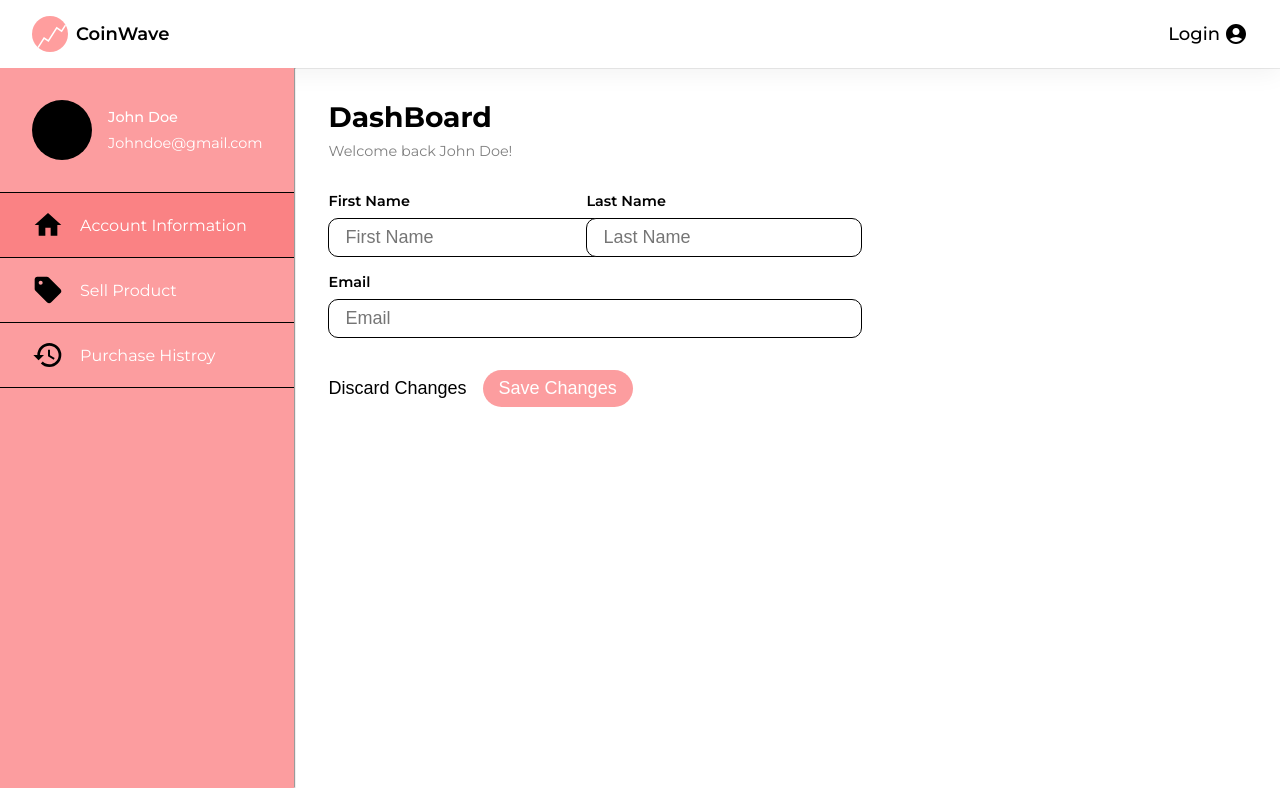
Repository: David-Waite/CoinWave
Page: /account
The author's editor kept a copy of each file at every save. The page is drawn from the files as they stood at one save, then again after a run of saves.
The browser window is 1280 px wide. The pictures show the whole page.
The project was rebuilt for these pictures with package versions that can differ from the ones it lists, and the page was loaded fresh each time. The framework's server and built-in components were replaced by stand-ins that run in the browser. Also part of the build but not shown: next.config.js, app/components/account/SellProduct/SellProduct.js, app/components/account/PurchaseHistory/PurchaseHistory.js.

Above is the page before, as saved 2023-08-16 11:27:05.

### app/layout.js
import Nav from "./components/Nav/Nav";
import "./globals.css";
import { Montserrat } from "next/font/google";

const montserrat = Montserrat({ subsets: ["latin"] });

export const metadata = {
  title: "Coin Wave",
  description: "Generated by create next app",
};

export default function RootLayout({ children }) {
  return (
    <html lang="en">
      <body className={montserrat.className}>
        <Nav />
        {children}
      </body>
    </html>
  );
}

### app/account/page.js
"use client";
import styles from "./account.module.css";
import { useState } from "react";
import AccountMenu from "../components/account/AccountMenu/AccountMenu";
import AccountInformation from "../components/account/AccountInfomation/AccountInfomation";
import SellProduct from "../components/account/SellProduct/SellProduct";
import PurchaseHistroy from "../components/account/PurchaseHistory/PurchaseHistory";

export default function Account() {
  const [selected, setSelected] = useState({
    accountInformation: true,
    sellProduct: false,
    purchaseHistroy: false,
  });

  function handleMenuSelect(select) {
    setSelected({
      accountInformation: select === "accountInformation",
      sellProduct: select === "sellProduct",
      purchaseHistroy: select === "purchaseHistroy",
    });
  }

  return (
    <div className={styles.main}>
      <AccountMenu selected={selected} onClick={handleMenuSelect} />

      <hr />
      <main>
        {selected.accountInformation && <AccountInformation />}
        {selected.sellProduct && <SellProduct />}
        {selected.purchaseHistroy && <PurchaseHistroy />}
      </main>
    </div>
  );
}

### app/components/Nav/Nav.js
import styles from "./nav.module.css";
import Link from "next/link";
import { MdAccountCircle } from "react-icons/md";
export default function Nav() {
  return (
    <nav className={styles.main}>
      <Link className={styles.homeLink} href="/">
        <svg
          width="36"
          height="36"
          viewBox="0 0 36 36"
          fill="none"
          xmlns="http://www.w3.org/2000/svg"
        >
          <circle cx="18" cy="18" r="18" fill="#FF9E9E" />
          <mask
            id="mask0_7_9"
            style={{ maskType: "alpha" }}
            maskUnits="userSpaceOnUse"
            x="0"
            y="0"
            width="36"
            height="36"
          >
            <path
              d="M36 18C36 27.9411 27.9411 36 18 36C8.05887 36 0 27.9411 0 18C0 8.05887 8.05887 0 18 0C27.9411 0 36 8.05887 36 18Z"
              fill="#FF9E9E"
            />
          </mask>
          <g mask="url(#mask0_7_9)">
            <path
              d="M2.13416 37.6684L12.0865 22.0755L16.3706 24.9865L24.7305 11.8885L29.6267 15.2153L36.3942 4.61218"
              stroke="white"
              stroke-width="1.5"
            />
          </g>
        </svg>
        CoinWave
      </Link>
      <Link className={styles.loginLink} href="/login">
        Login <MdAccountCircle size={24} />
      </Link>
    </nav>
  );
}

### app/globals.css
:root {
  --primary: #fc9d9f;
}

* {
  margin: 0;
  padding: 0;
}

### app/components/account/AccountMenu/AccountMenu.js
import styles from "./accountMenu.module.css";
import { MdHistory, MdHome, MdSell } from "react-icons/md";
export default function AccountMenu(props) {
  function handleClick(select) {
    props.onClick(select);
  }

  const selectedP = {
    backgroundColor: "#fa8284",
  };

  return (
    <div className={styles.container}>
      <div className={styles.infoOverView}>
        <div className={styles.photo}></div>
        <div className={styles.overViewTextContainer}>
          <p className={styles.fullNameOverView}>John Doe</p>
          <p className={styles.emailOverView}>Johndoe@gmail.com</p>
        </div>
      </div>

      <div
        onClick={() => handleClick("accountInformation")}
        className={styles.linkContainer}
        style={Object.assign(props.selected.accountInformation && selectedP)}
      >
        <MdHome className={styles.menuIcons} />
        <p>Account Information</p>
      </div>

      <div
        onClick={() => handleClick("sellProduct")}
        className={styles.linkContainer}
        style={Object.assign(props.selected.sellProduct && selectedP)}
      >
        <MdSell className={styles.menuIcons} />
        <p>Sell Product</p>
      </div>

      <div
        onClick={() => handleClick("purchaseHistroy")}
        className={`${styles.linkContainer} ${styles.linkContainerBottom}`}
        style={Object.assign(props.selected.purchaseHistroy && selectedP)}
      >
        <MdHistory className={styles.menuIcons} />
        <p>Purchase Histroy</p>
      </div>
    </div>
  );
}

### app/components/account/AccountInfomation/AccountInfomation.js
"use client";
import styles from "./accountInformation.module.css";
import { useState } from "react";
import { useRouter } from "next/navigation";
import { MdSecurityUpdate } from "react-icons/md";

export default function AccountInformation() {
  const [formData, setFormData] = useState({
    firstName: "",
    lastNameName: "",
    email: "",
  });

  const router = useRouter();

  function handleChange(event) {
    const { type, name, value, checked } = event.target;
    setFormData((prevFormData) => {
      return {
        ...prevFormData,
        [name]: type === "checkbox" ? checked : value,
      };
    });
  }

  function handleSubmit(event) {
    event.preventDefault();

    router.push("/account");
  }

  return (
    <main className={styles.main}>
      <form onSubmit={handleSubmit}>
        <h1 className={styles.title}>DashBoard</h1>
        <p className={styles.welcomeText}>Welcome back {"John Doe"}!</p>

        <div className={styles.form}>
          <div className={styles.nameContainer}>
            <div className={styles.inputContainer}>
              <label className={styles.firstNameLable} htmlFor="firstName">
                First Name
              </label>
              <input
                className={styles.firstName}
                type="text"
                placeholder="First Name"
                onChange={handleChange}
                name="firstName"
                value={formData.firstName}
              />
            </div>
            <div className={styles.inputContainer}>
              <label className={styles.lastNameLable} htmlFor="lastName">
                Last Name
              </label>
              <input
                className={styles.firstName}
                type="text"
                placeholder="Last Name"
                onChange={handleChange}
                name="lastName"
                value={formData.lastName}
              />
            </div>
          </div>

          <div className={styles.inputContainer}>
            <label className={styles.emailLable} htmlFor="email">
              Email
            </label>
            <input
              className={styles.email}
              type="email"
              placeholder="Email"
              onChange={handleChange}
              name="email"
              value={formData.email}
            />
          </div>
        </div>
        <div className={styles.buttonContainer}>
          <button className={styles.discardChanges}>Discard Changes</button>
          <button className={styles.saveChanges}>Save Changes</button>
        </div>
      </form>
    </main>
  );
}

### app/components/Nav/nav.module.css
.main {
  display: flex;
  align-items: center;
  justify-content: space-between;
  padding: 16px 60px;
  box-shadow: rgba(0, 0, 0, 0.05) 0px 6px 24px 0px,
    rgba(0, 0, 0, 0.08) 0px 0px 0px 1px;
}

.homeLink {
  display: flex;
  align-items: center;
  gap: 8px;
  text-decoration: none;
  font-size: 18px;
  color: black;
  font-weight: 600;
}

.loginLink {
  display: flex;
  align-items: center;
  gap: 4px;
  font-size: 18px;
  text-decoration: none;
  color: black;
  font-weight: 500;
}

@media (max-width: 1600px) {
  .main {
    padding: 16px 32px;
  }
}
@media (max-width: 778px) {
  .main {
    padding: 16px;
  }
  .loginLink,
  .homeLink {
    font-size: 16px;
  }
}

### app/components/account/AccountMenu/accountMenu.module.css
.container {
  background-color: var(--primary);

  height: 100vh;
}

.infoOverView {
  display: flex;
  align-items: center;
  gap: 16px;

  padding: 32px;
}

.fullNameOverView {
  color: white;
  font-size: 14.4px;
  font-weight: 500;
}

.emailOverView {
  color: white;
  font-size: 14.4px;
}

.overViewTextContainer {
  display: flex;
  flex-direction: column;
  gap: 8px;
}

.linkContainer {
  padding: 16px 0;
  display: flex;
  align-items: center;
  gap: 16px;
  padding-left: 32px;
  border-top: 1px solid black;
  cursor: pointer;
}
.linkContainer:hover {
  background-color: #fa8284;
}

.menuIcons {
  font-size: 32px;
}

.linkContainerBottom {
  border-bottom: 1px solid black;
}

.linkContainer p {
  color: white;
}

.photo {
  width: 60px;
  height: 60px;
  background-color: black;
  border-radius: 50%;
}

### app/components/account/AccountInfomation/accountInformation.module.css
.main {
  padding: 32px;
  max-width: 500px;
}

.title {
  font-size: 28.13px;
}

.welcomeText {
  font-size: 14.4px;
  color: grey;
  margin-top: 8px;
}

.firstNameLable,
.lastNameLable,
.emailLable {
  font-size: 14.4px;
  font-weight: 600;
}

.nameContainer {
  display: flex;
  gap: 16px;
}

.firstName,
.lastName,
.email {
  border: 1px solid black;
  padding: 8px 16px;
  font-size: 18px;
  border-radius: 10px;
  width: 100%;
}

.form {
  padding: 32px 0;
  display: flex;
  flex-direction: column;
  gap: 16px;
}

.inputContainer {
  display: flex;
  flex-direction: column;
  gap: 8px;
}

.buttonContainer {
  display: flex;
  gap: 16px;
}
.discardChanges,
.saveChanges {
  cursor: pointer;
  border: none;
  font-size: 18px;
}

.discardChanges {
  color: black;
  background-color: transparent;
}

.saveChanges {
  padding: 8px 16px;
  border-radius: 50px;
  background-color: var(--primary);
  color: white;
}

.saveChanges:hover {
  background-color: #ff8b8d;
}

Loaded but not shown: app/account/account.module.css (common file)

After the next 2 saves:
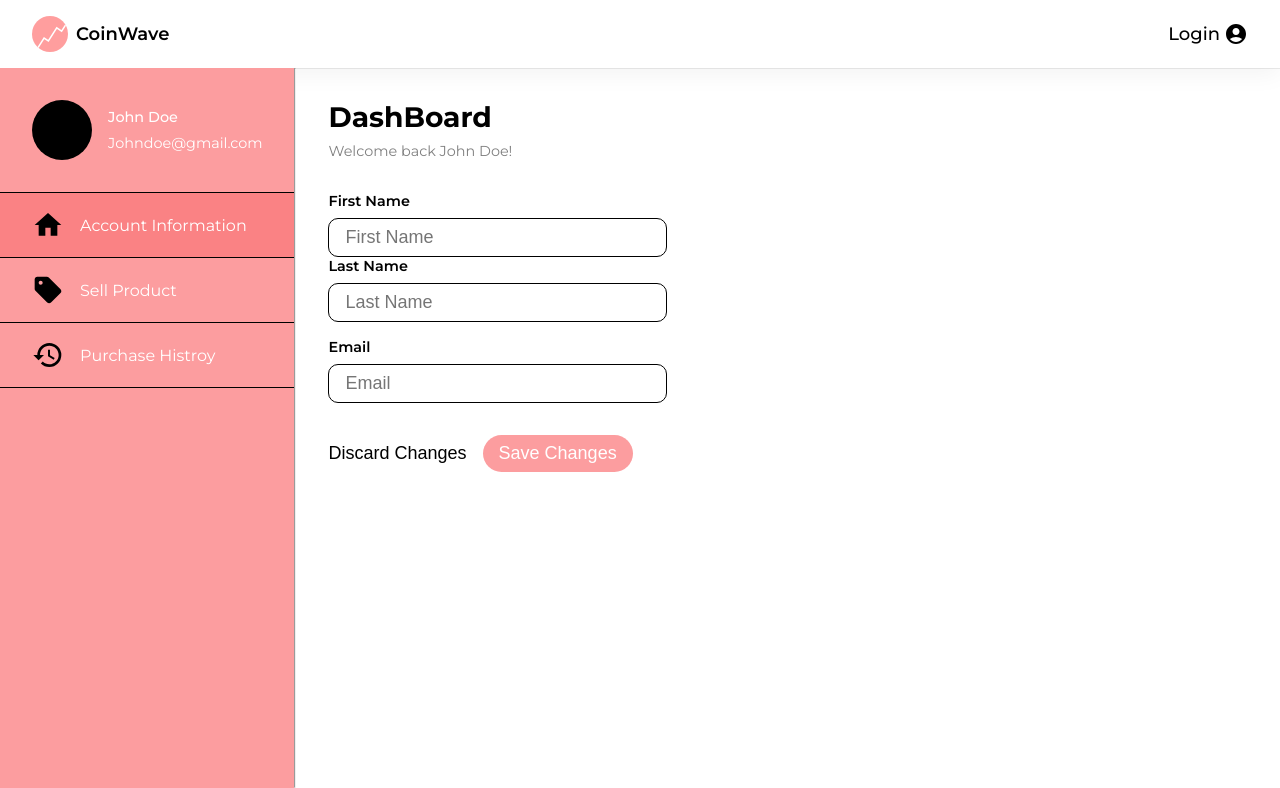
The 2 saves are shown as one change because they came seconds apart.
The last was saved 106 s later.
--- a/app/components/account/AccountInfomation/accountInformation.module.css
+++ b/app/components/account/AccountInfomation/accountInformation.module.css
@@ -21,8 +21,7 @@
 }
 
 .nameContainer {
-  display: flex;
-  gap: 16px;
+  display: grid;
 }
 
 .firstName,

After the save that followed:
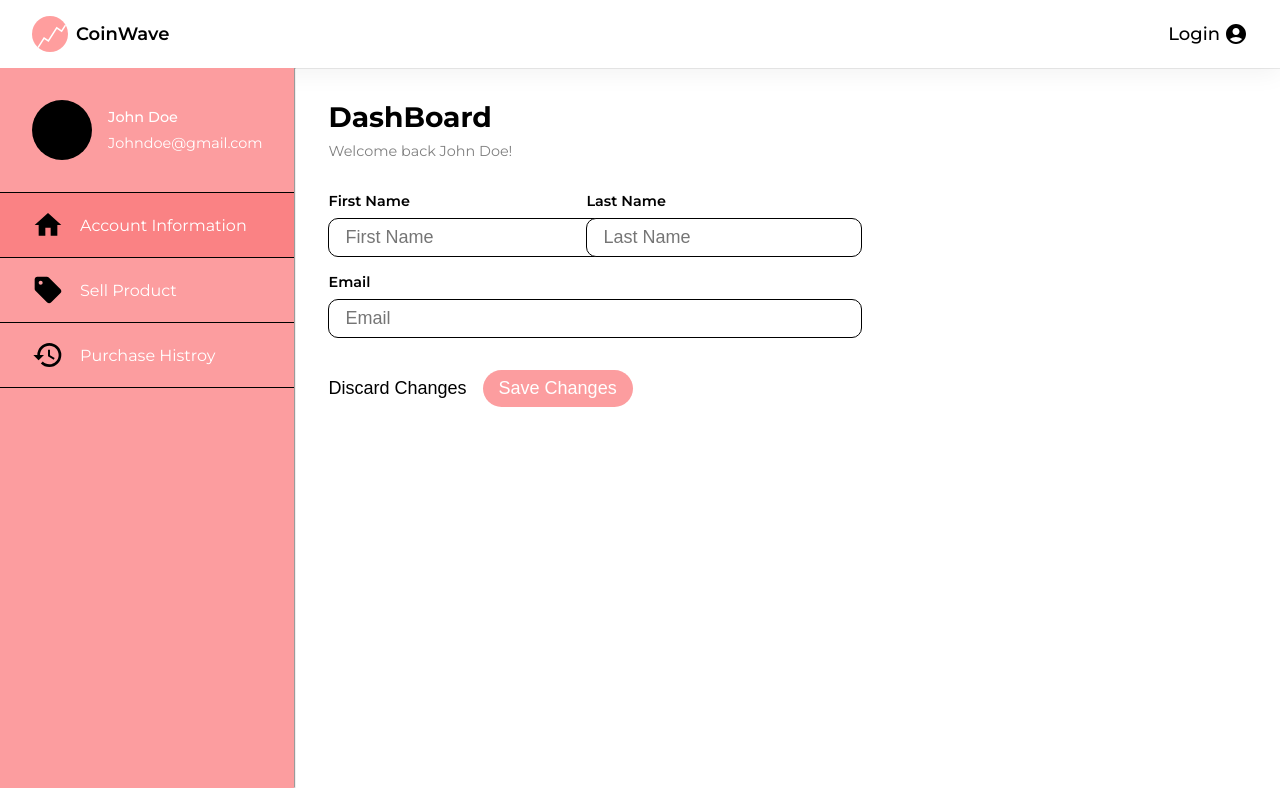
Saved 7 s later.
--- a/app/components/account/AccountInfomation/accountInformation.module.css
+++ b/app/components/account/AccountInfomation/accountInformation.module.css
@@ -22,6 +22,8 @@
 
 .nameContainer {
   display: grid;
+  grid-template-columns: 1fr 1fr;
+  gap: 16px;
 }
 
 .firstName,
